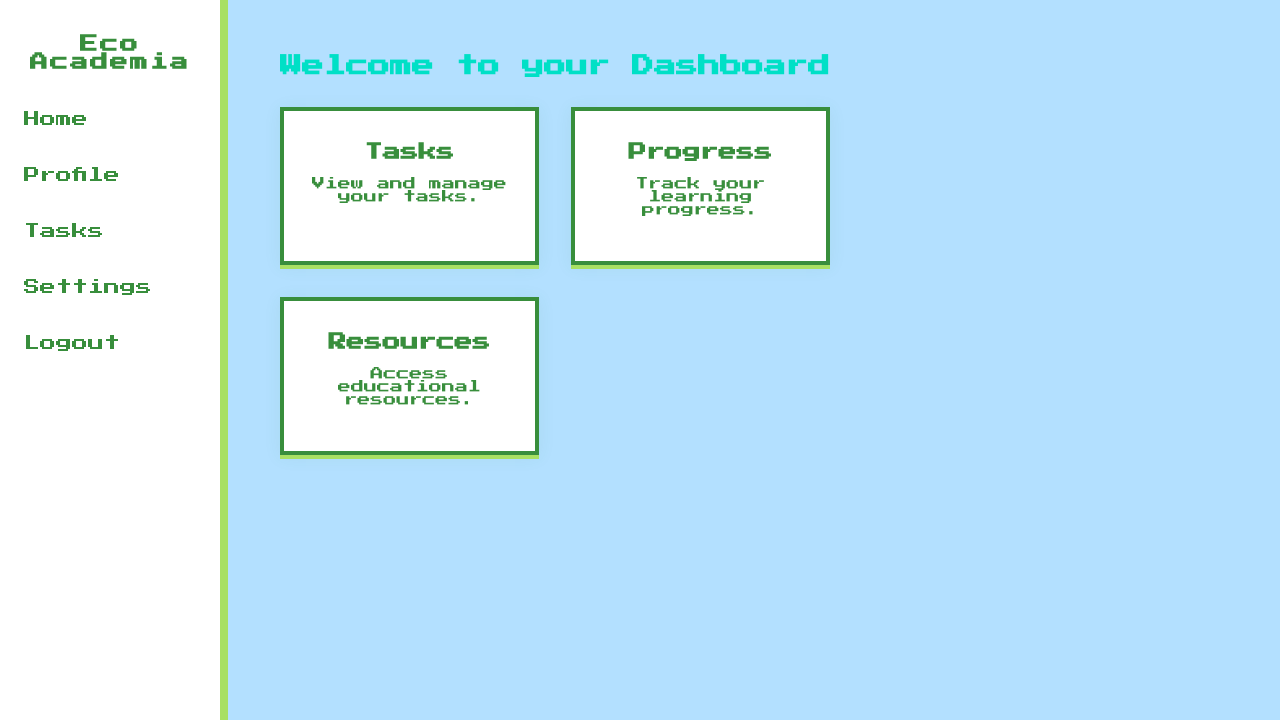
Repository: hotaruhshs/eco-academia
Page: dashboard/index.html
The author's editor kept a copy of each file at every save. The page is drawn from the files as they stood at one save, then again after the next save.
The browser window is 1280 px wide. The pictures show the whole page.

Above is the page before, as saved 2025-07-06 01:34:04.

### dashboard/index.html
<!DOCTYPE html>
<html lang="en">
  <head>
    <meta charset="UTF-8" />
    <meta name="viewport" content="width=device-width, initial-scale=1.0" />
    <title>Eco Academia Dashboard</title>
    <link rel="stylesheet" href="css/dashboard.css" />
    <link
      href="https://fonts.googleapis.com/css2?family=Press+Start+2P&display=swap"
      rel="stylesheet"
    />
  </head>
  <body>
    <div class="sidebar">
      <h2>Eco Academia</h2>
      <ul>
        <li><a href="#">Home</a></li>
        <li><a href="#">Profile</a></li>
        <li><a href="#">Tasks</a></li>
        <li><a href="#">Settings</a></li>
        <li><a href="#">Logout</a></li>
      </ul>
    </div>
    <div class="main-content">
      <h1
        style="
          font-family: 'Press Start 2P', cursive;
          color: #00e0c6;
          font-size: 22px;
          margin-bottom: 24px;
        "
      >
        Welcome to your Dashboard
      </h1>
      <div class="cards">
        <div class="card">
          <h3>Tasks</h3>
          <p>View and manage your tasks.</p>
        </div>
        <div class="card">
          <h3>Progress</h3>
          <p>Track your learning progress.</p>
        </div>
        <div class="card">
          <h3>Resources</h3>
          <p>Access educational resources.</p>
        </div>
      </div>
    </div>
    <script src="js/dashboard.js"></script>
  </body>
</html>

### dashboard/css/dashboard.css
body {
  margin: 0;
  font-family: "Press Start 2P", "Segoe UI", Tahoma, Geneva, Verdana, sans-serif;
  background: #b3e0ff;
  color: #23272e;
  min-height: 100vh;
  position: relative;
  display: flex;
  align-items: flex-start;
  justify-content: flex-start;
}
body::before,
body::after {
  display: none;
}
@import url("https://fonts.googleapis.com/css2?family=Press+Start+2P&display=swap");

.sidebar {
  position: fixed;
  left: 0;
  top: 0;
  width: 220px;
  height: 100%;
  background: #fff;
  color: #388e3c;
  padding: 20px 0;
  box-shadow: 4px 0 0 #a8e063;
  border-right: 4px solid #a8e063;
}
.sidebar h2 {
  text-align: center;
  margin-bottom: 30px;
  font-family: "Press Start 2P", cursive;
  font-size: 18px;
  letter-spacing: 2px;
  color: #388e3c;
}
.sidebar ul {
  list-style: none;
  padding: 0;
}
.sidebar ul li {
  margin: 20px 0;
}
.sidebar ul li a {
  color: #388e3c;
  text-decoration: none;
  font-size: 16px;
  display: block;
  padding: 10px 20px;
  border-radius: 0;
  border-left: 4px solid transparent;
  transition: background 0.2s, border-color 0.2s;
  font-family: "Press Start 2P", cursive;
}
.sidebar ul li a:hover {
  background: #a8e063;
  border-left: 4px solid #388e3c;
  color: #fff;
}
.main-content {
  margin-left: 240px;
  padding: 40px;
}
.main-content h1 {
  color: #8463e0;
  font-family: "Press Start 2P", cursive;
  font-size: 22px;
  margin-bottom: 24px;
}
.cards {
  display: grid;
  grid-template-columns: repeat(auto-fit, minmax(220px, 1fr));
  gap: 32px;
  margin-top: 30px;
}
.card {
  background: #fff;
  border-radius: 0;
  box-shadow: 0 4px 0 #a8e063, 0 2px 16px rgba(56, 142, 60, 0.08);
  padding: 32px 24px;
  border: 4px solid #388e3c;
  color: #388e3c;
  font-family: "Press Start 2P", "Segoe UI", Tahoma, Geneva, Verdana, sans-serif;
  text-align: center;
  transition: box-shadow 0.2s, border-color 0.2s;
  position: relative;
}
.card:hover {
  box-shadow: 0 8px 0 #a8e063, 0 4px 32px rgba(56, 142, 60, 0.18);
  border-color: #a8e063;
}
.card h3 {
  margin-top: 0;
  font-size: 18px;
  color: #388e3c;
  margin-bottom: 16px;
}
.card p {
  font-size: 13px;
  color: #388e3c;
}

/* Pixel-style button */
.btn-pixel {
  font-family: "Press Start 2P", cursive;
  background: #fff;
  color: #388e3c;
  border: 3px solid #388e3c;
  padding: 10px 24px;
  border-radius: 0;
  box-shadow: 2px 2px 0 #a8e063;
  cursor: pointer;
  transition: background 0.2s, color 0.2s;
  outline: 2px solid #a8e063;
  outline-offset: -6px;
  text-transform: uppercase;
  letter-spacing: 1px;
}
.btn-pixel:hover {
  background: #388e3c;
  color: #fff;
  border-color: #a8e063;
  outline: 2px solid #388e3c;
}

::-webkit-scrollbar {
  width: 8px;
  background: #fff;
}
::-webkit-scrollbar-thumb {
  background: #a8e063;
}

### dashboard/js/dashboard.js
// dashboard.js
// Add interactivity here if needed
console.log('Dashboard loaded');

After the next save:
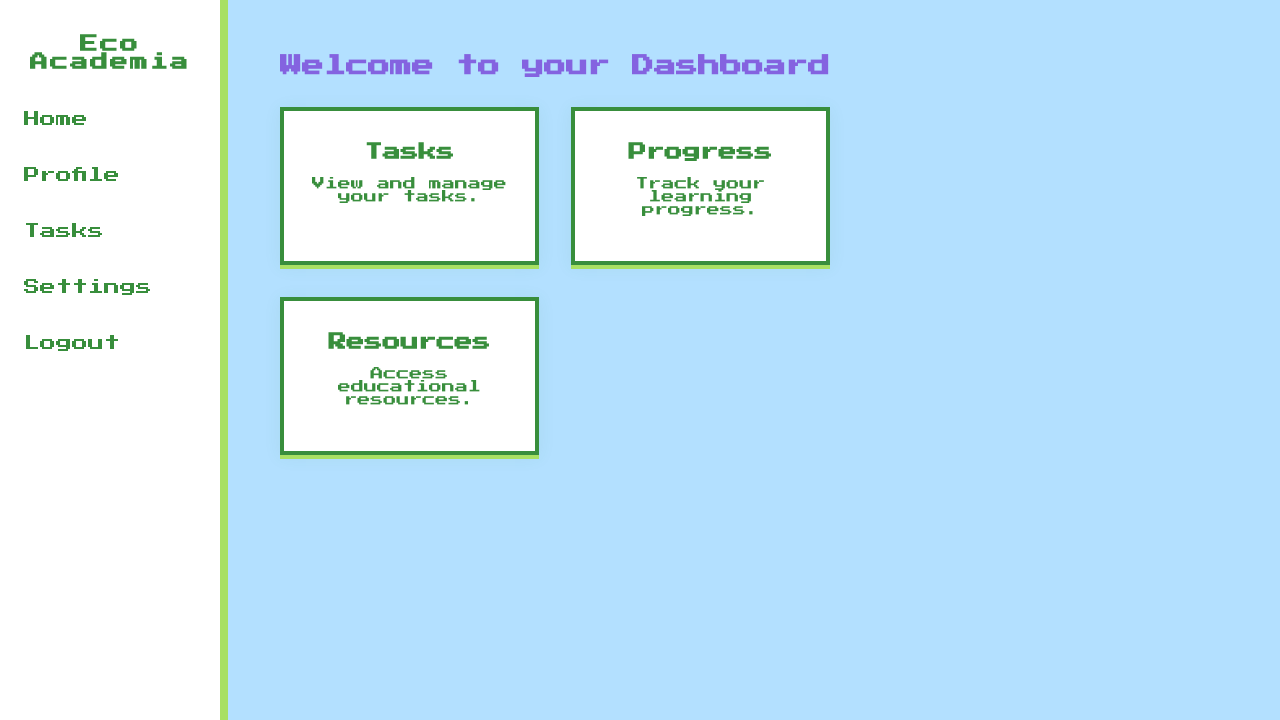
Saved 42 s later.
--- a/dashboard/index.html
+++ b/dashboard/index.html
@@ -22,16 +22,7 @@
       </ul>
     </div>
     <div class="main-content">
-      <h1
-        style="
-          font-family: 'Press Start 2P', cursive;
-          color: #00e0c6;
-          font-size: 22px;
-          margin-bottom: 24px;
-        "
-      >
-        Welcome to your Dashboard
-      </h1>
+      <h1>Welcome to your Dashboard</h1>
       <div class="cards">
         <div class="card">
           <h3>Tasks</h3>
